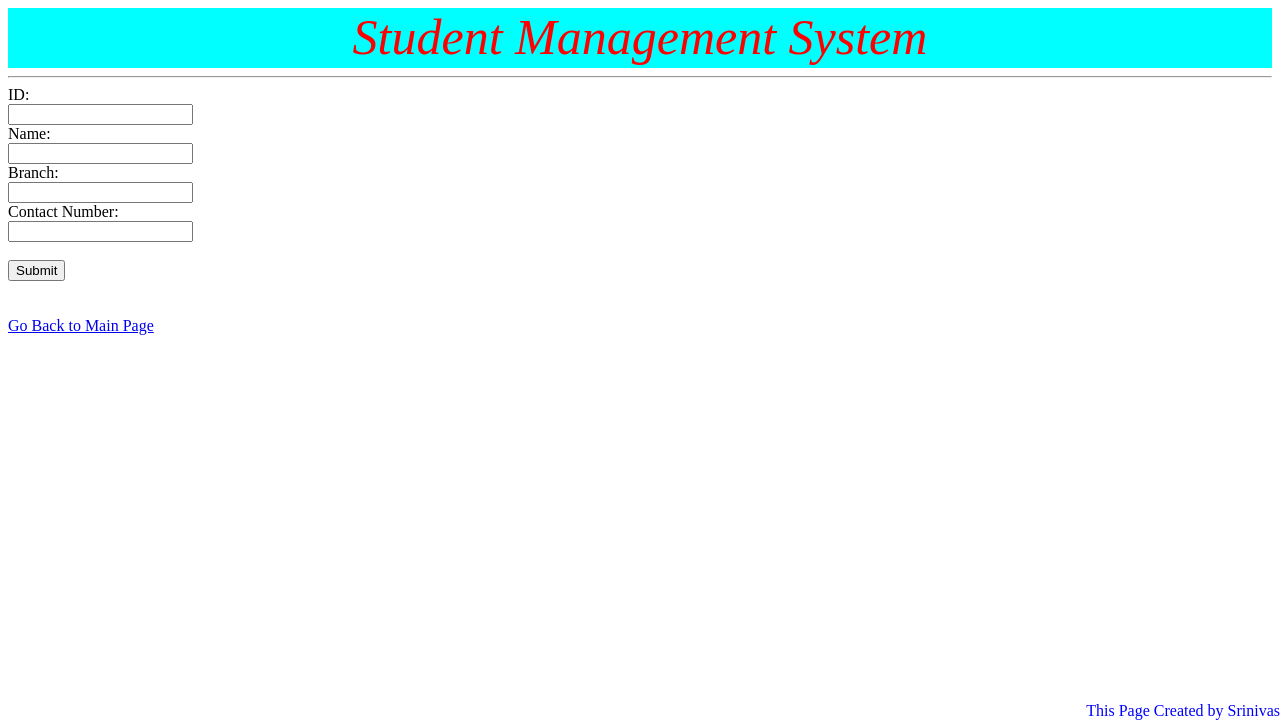
Repository: Aviligonda/Servlet_Programs
Page: http://localhost/StudentManagementSystem/register.jsp
These files come from the project's save history. The page is drawn as it stood at one moment and after a run of saves; the edit follows.
The browser window is 1280 px wide. The pictures show the whole page.
The page is served by Tomcat 9.

Above is the page before, as saved 2024-11-25 13:25:30.

After the next 2 saves:
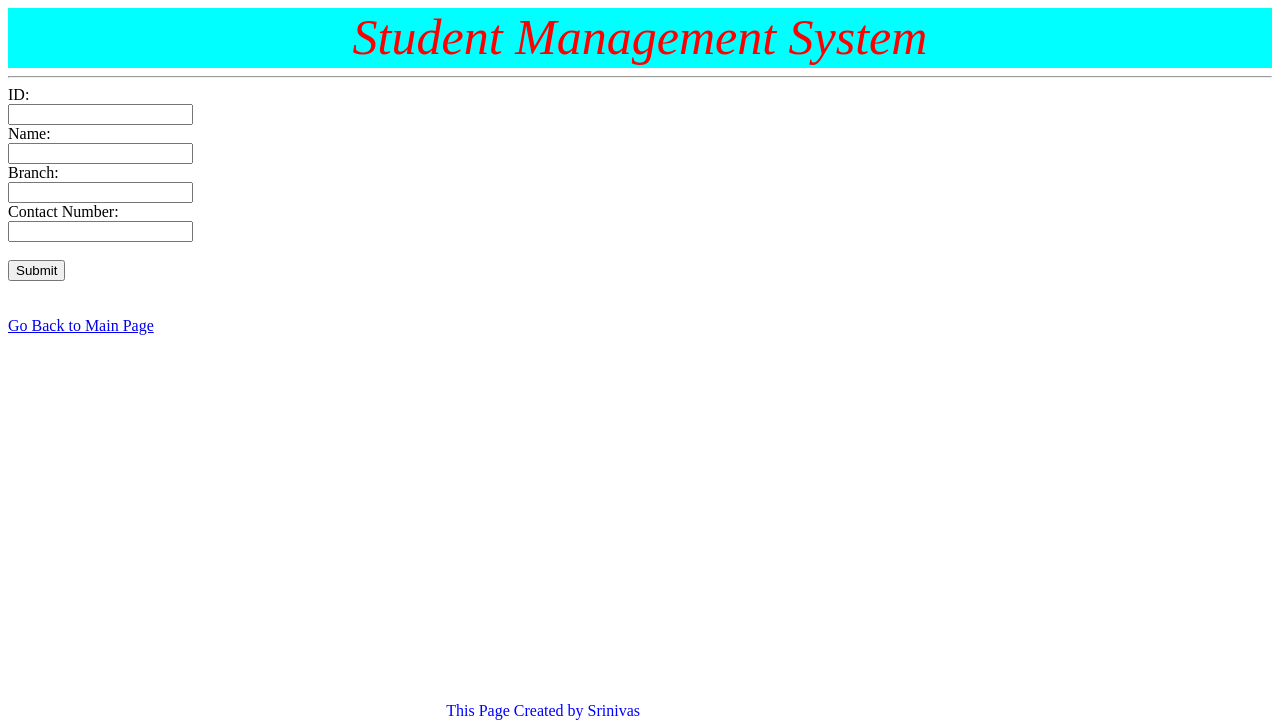
The 2 saves are shown as one change because they came seconds apart.
The last was saved 27 s later.
--- a/StudentManagementSystem/src/main/webapp/footer.jsp
+++ b/StudentManagementSystem/src/main/webapp/footer.jsp
@@ -7,7 +7,7 @@
 <title>Insert title here</title>
 </head>
 <body>
-<div style="color:blue;text-align:center;display : block; position: absolute;bottom: 0;right:0;font-size=50px;">
+<div style="color:blue;text-align:center;display : block; position: absolute;bottom: 0;right:50%;font-size=50px;">
 <!-- <footer style="color:blue; text-align:center;display : block; position: absolute;bottom: 0;right:0;font-size=50px;">This Page Created by Srinivas</footer> -->
 This Page Created by Srinivas
 </div>
